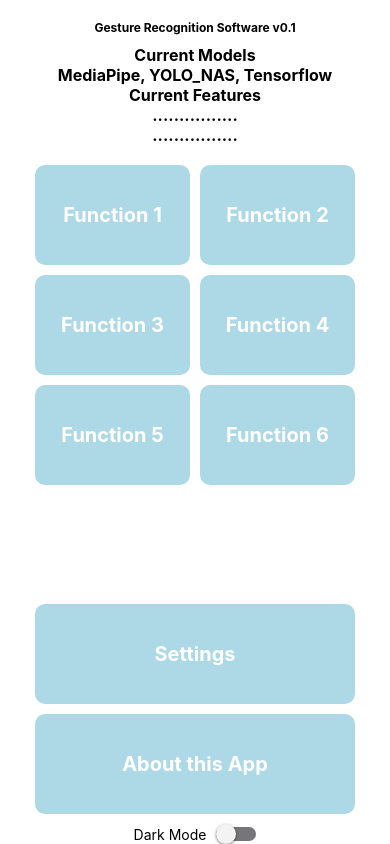
Repository: hajin-park/V-QUIP
Page: / (app in frontend/react-native-app/)
These files come from the project's save history. The page is drawn as it stood at one moment and after the next save; the edit follows.
The browser window is 390 px wide. The pictures show the whole page.
The app was drawn by React Native's web renderer in a window 390 px wide. The project was rebuilt for these pictures with package versions that can differ from the ones it lists, and the page was loaded fresh each time.

Above is the page before, as saved 2024-04-08 00:07:01.

### frontend/react-native-app/App.js
import React, { useState } from 'react';
import { StatusBar } from 'expo-status-bar';
import { StyleSheet, Text, View, TouchableOpacity, Switch } from 'react-native';

export default function App() {
  const [darkMode, setDarkMode] = useState(false);

  const handleOptionClick = (option) => {
    // Handle click event for the selected option
    console.log(`Function ${option} clicked`);
  };

  return (
    <View style={[styles.container, darkMode && styles.darkContainer]}>
      <Text style={[styles.title, darkMode && styles.darkText]}>Gesture Recognition Software v0.1</Text>
      <View style={styles.infoBox}>
        <Text style={[styles.infoText, darkMode && styles.darkText]}>Current Models</Text>
        <Text style={[styles.infoText, darkMode && styles.darkText]}>MediaPipe, YOLO_NAS, Tensorflow</Text>
        <Text style={[styles.infoText, darkMode && styles.darkText]}>Current Features</Text>
        <Text style={[styles.infoText, darkMode && styles.darkText]}>................</Text>
        <Text style={[styles.infoText, darkMode && styles.darkText]}>................</Text>
      </View>
      <View style={styles.content}>
        <View style={styles.row}>
          <TouchableOpacity style={[styles.box, darkMode && styles.darkBox]} onPress={() => handleOptionClick(1)}>
            <Text style={[styles.text, darkMode && styles.darkText]}>Function 1</Text>
          </TouchableOpacity>
          <TouchableOpacity style={[styles.box, darkMode && styles.darkBox]} onPress={() => handleOptionClick(2)}>
            <Text style={[styles.text, darkMode && styles.darkText]}>Function 2</Text>
          </TouchableOpacity>
        </View>
        <View style={styles.row}>
          <TouchableOpacity style={[styles.box, darkMode && styles.darkBox]} onPress={() => handleOptionClick(3)}>
            <Text style={[styles.text, darkMode && styles.darkText]}>Function 3</Text>
          </TouchableOpacity>
          <TouchableOpacity style={[styles.box, darkMode && styles.darkBox]} onPress={() => handleOptionClick(4)}>
            <Text style={[styles.text, darkMode && styles.darkText]}>Function 4</Text>
          </TouchableOpacity>
        </View>
        <View style={styles.row}>
          <TouchableOpacity style={[styles.box, darkMode && styles.darkBox]} onPress={() => handleOptionClick(5)}>
            <Text style={[styles.text, darkMode && styles.darkText]}>Function 5</Text>
          </TouchableOpacity>
          <TouchableOpacity style={[styles.box, darkMode && styles.darkBox]} onPress={() => handleOptionClick(6)}>
            <Text style={[styles.text, darkMode && styles.darkText]}>Function 6</Text>
          </TouchableOpacity>
        </View>
      </View>
      {/* Settings and About This App boxes */}
      <View style={styles.row}>
          <TouchableOpacity style={[styles.box2, darkMode && styles.darkBox]} onPress={() => handleOptionClick(5)}>
            <Text style={[styles.text, darkMode && styles.darkText]}>Settings</Text>
          </TouchableOpacity>
      </View>
      <View style={styles.row}>
          <TouchableOpacity style={[styles.box2, darkMode && styles.darkBox]} onPress={() => handleOptionClick(6)}>
            <Text style={[styles.text, darkMode && styles.darkText]}>About this App</Text>
          </TouchableOpacity>
        </View>
      <View style={styles.darkModeSwitchContainer}>
        <Text style={[styles.darkModeText, darkMode && styles.darkText]}>Dark Mode</Text>
        <Switch
          trackColor={{ false: "#767577", true: "#81b0ff" }}
          thumbColor={darkMode ? "#f5dd4b" : "#f4f3f4"}
          ios_backgroundColor="#3e3e3e"
          onValueChange={() => setDarkMode(!darkMode)}
          value={darkMode}
        />
      </View>
      <StatusBar style="auto" />
    </View>
  );
}

const styles = StyleSheet.create({
  container: {
    flex: 1,
    backgroundColor: '#fff',
    paddingHorizontal: 10,
    paddingTop: 20,
  },
  darkContainer: {
    backgroundColor: '#121212',
  },
  title: {
    fontSize: 12,
    fontWeight: 'bold',
    marginBottom: 10,
    textAlign: 'center',
  },
  darkText: {
    color: '#ffffff',
  },
  infoBox: {
    alignItems: 'center',
    marginBottom: 20,
  },
  infoText: {
    fontSize: 16,
    fontWeight: 'bold',
    color: '#000000',
  },
  content: {
    flex: 1,
    alignItems: 'center',
  },
  row: {
    flexDirection: 'row',
    justifyContent: 'center',
    marginBottom: 10,
  },
  box: {
    width: 155,
    height: 100,
    backgroundColor: '#ADD8E6', // Light blue color
    borderRadius: 10, // Rounded edges
    alignItems: 'center',
    justifyContent: 'center',
    marginHorizontal: 5,
  },
  box2: {
    width: 320,
    height: 100,
    backgroundColor: '#ADD8E6', // Light blue color
    borderRadius: 10, // Rounded edges
    alignItems: 'center',
    justifyContent: 'center',
    marginHorizontal: 10,
  },
  text: {
    fontSize: 20,
    fontWeight: 'bold',
    color: '#FFFFFF', // White text color
  },
  darkBox: {
    backgroundColor: '#2d2d2d', // Dark gray color
  },
  horizontalContainer: {
    flexDirection: 'row',
    justifyContent: 'space-between',
    marginBottom: 10,
  },
  horizontalBox: {
    width: '70%',
    height: 80,
    backgroundColor: '#ADD8E6', // Light blue color
    borderRadius: 10, // Rounded edges
    alignItems: 'center',
    justifyContent: 'center',
  },
  darkModeSwitchContainer: {
    flexDirection: 'row',
    alignItems: 'center',
    justifyContent: 'center',
  },
  darkModeText: {
    marginRight: 10,
    color: '#000000',
  },
});

After the next save:
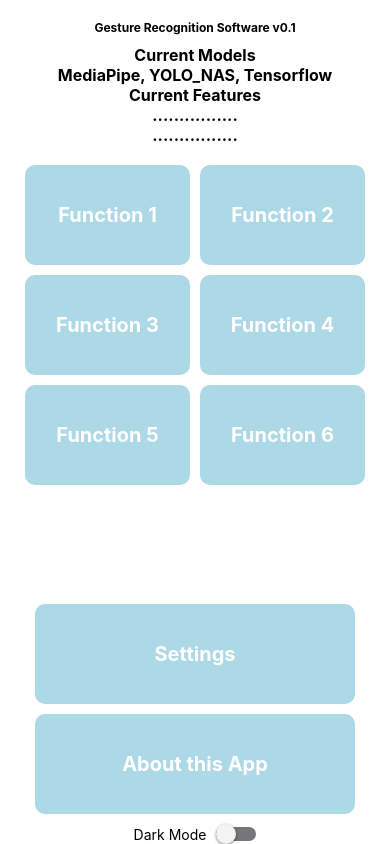
Saved 11 s later.
--- a/frontend/react-native-app/App.js
+++ b/frontend/react-native-app/App.js
@@ -110,7 +110,7 @@ const styles = StyleSheet.create({
     marginBottom: 10,
   },
   box: {
-    width: 155,
+    width: 165,
     height: 100,
     backgroundColor: '#ADD8E6', // Light blue color
     borderRadius: 10, // Rounded edges
